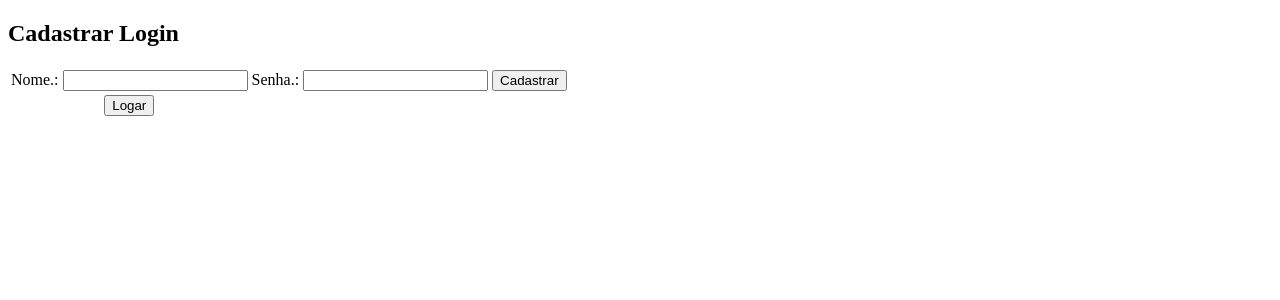
Repository: leonerdy-666/Estudos
Page: http://localhost/SistemaLogin/cadastrarLogin.jsp
An editor plug-in stored every save of this project. The page is shown before and after the next save, followed by the edit.
The browser window is 1280 px wide. The pictures show the whole page.
The page is served by Tomcat 9. Other server files are loaded and not shown.

Above is the page before, as saved 2016-06-03 19:35:20.

### Udemy/java/JavaWeb1/Sistema/Workspace/SistemaLogin/WebContent/cadastrarLogin.jsp
<%@ page language="java" contentType="text/html; charset=ISO-8859-1"
    pageEncoding="ISO-8859-1"%>
<!DOCTYPE html PUBLIC "-//W3C//DTD HTML 4.01 Transitional//EN" "http://www.w3.org/TR/html4/loose.dtd">
<html>
<head>
<meta http-equiv="Content-Type" content="text/html; charset=ISO-8859-1">
<title>Cadastro de Usuário</title>
<script type="text/javascript" src="validarCampos.js">
</script>
</head>
<body>
 <h2>Cadastrar Login</h2>

  <form name="formLogin" action="CadastroLogin" method="post">

    <table>


      <tr>
        <td>Nome.:</td><td><input type="text" name="txtUsuario"></td>
        <td>Senha.:</td><td><input type="password" name="txtSenha"></td>

          <td colspan="2"><input type="submit" value="Cadastrar"/></td>
     </tr>
     <tr>
<td colspan="2" align="center"> <input type="submit" value="Logar" onClick="validarLogin()"> </td>
</tr>

    </table>

     </form>
</body>
</html>

### Udemy/java/JavaWeb1/Sistema/Workspace/SistemaLogin/WebContent/validarCampos.js

function validarLogin(){
	if(document.formLogin.txtUsuario.value==""){
		alert("Usuário não informado");
		return false;
	};

	if(document.formLogin.txtSenha.value==""){
		alert("Senha não informada");
		return false;
	};

	document.formLogin.submit();
}

After the next save:
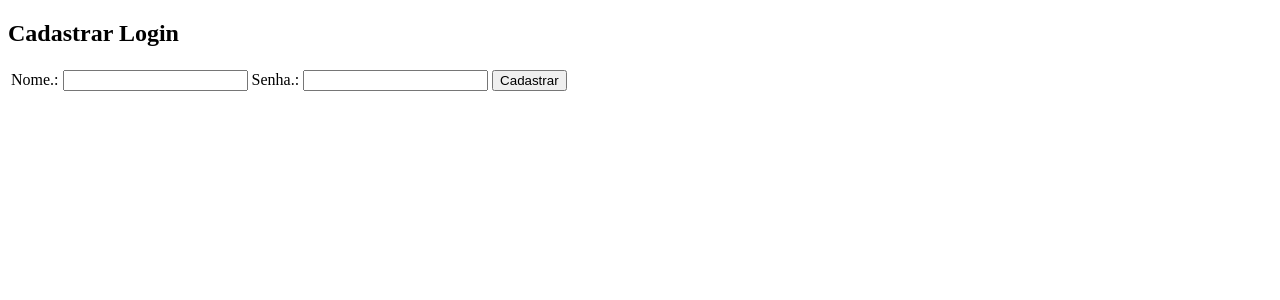
Saved 3 min 48 s later.
--- a/Udemy/java/JavaWeb1/Sistema/Workspace/SistemaLogin/WebContent/cadastrarLogin.jsp
+++ b/Udemy/java/JavaWeb1/Sistema/Workspace/SistemaLogin/WebContent/cadastrarLogin.jsp
@@ -22,9 +22,7 @@
 
           <td colspan="2"><input type="submit" value="Cadastrar"/></td>
      </tr>
-     <tr>
-<td colspan="2" align="center"> <input type="submit" value="Logar" onClick="validarLogin()"> </td>
-</tr>
+
 
     </table>
 
